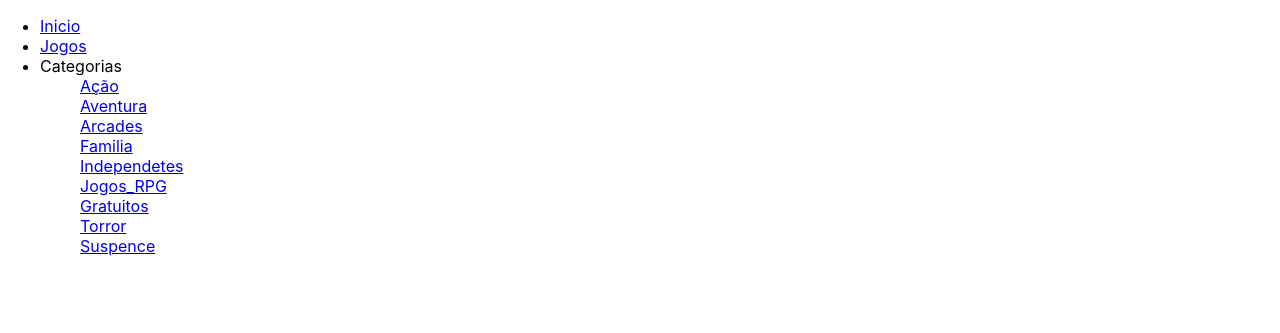
Repository: MarcoantonioCaldeira/Projeto-Go-Gamming
Page: /
These files come from the project's save history. The page is drawn as it stood at one moment and after the next save; the edit follows.
The browser window is 1280 px wide. The pictures show the whole page.
The project was rebuilt for these pictures with package versions that can differ from the ones it lists, and the page was loaded fresh each time. Also part of the build but not shown: src/pages/Inicio/Inicio.js, src/pages/Jogos/Jogos.js, src/pages/Categorias/Acao.js, src/pages/Categorias/Aventura.js, src/pages/Categorias/Arcades.js, src/pages/Categorias/Familia.js, src/pages/Categorias/INdependes.js, src/pages/Categorias/Jogos_RPG.js and 5 more.

Above is the page before, as saved 2022-12-26 00:06:37.

After the next save:
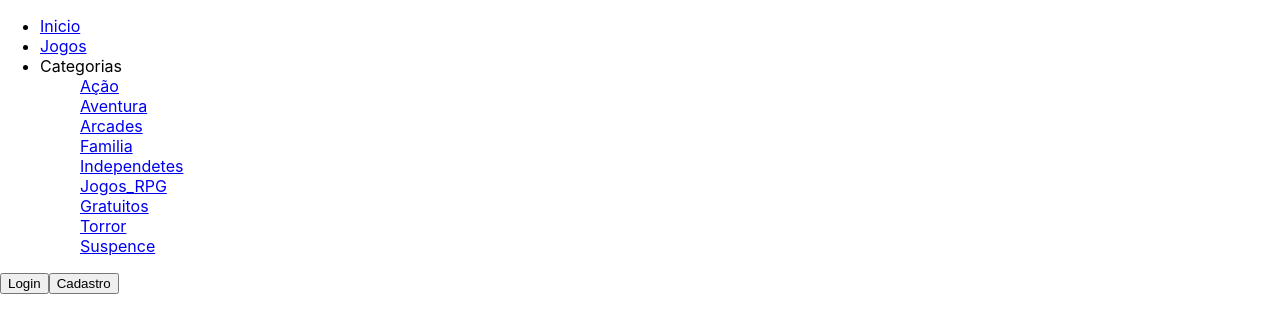
Saved 5 min 40 s later.
--- a/src/pages/Menu/Menu.js
+++ b/src/pages/Menu/Menu.js
@@ -23,8 +23,9 @@
               <ul><Link to="./Terror">Torror</Link></ul>
               <ul><Link to="./Suspence">Suspence</Link></ul>
           </li>
-
         </ul>
+        <button>Login</button>
+        <button>Cadastro</button>
       </nav>
 
       <Outlet />
